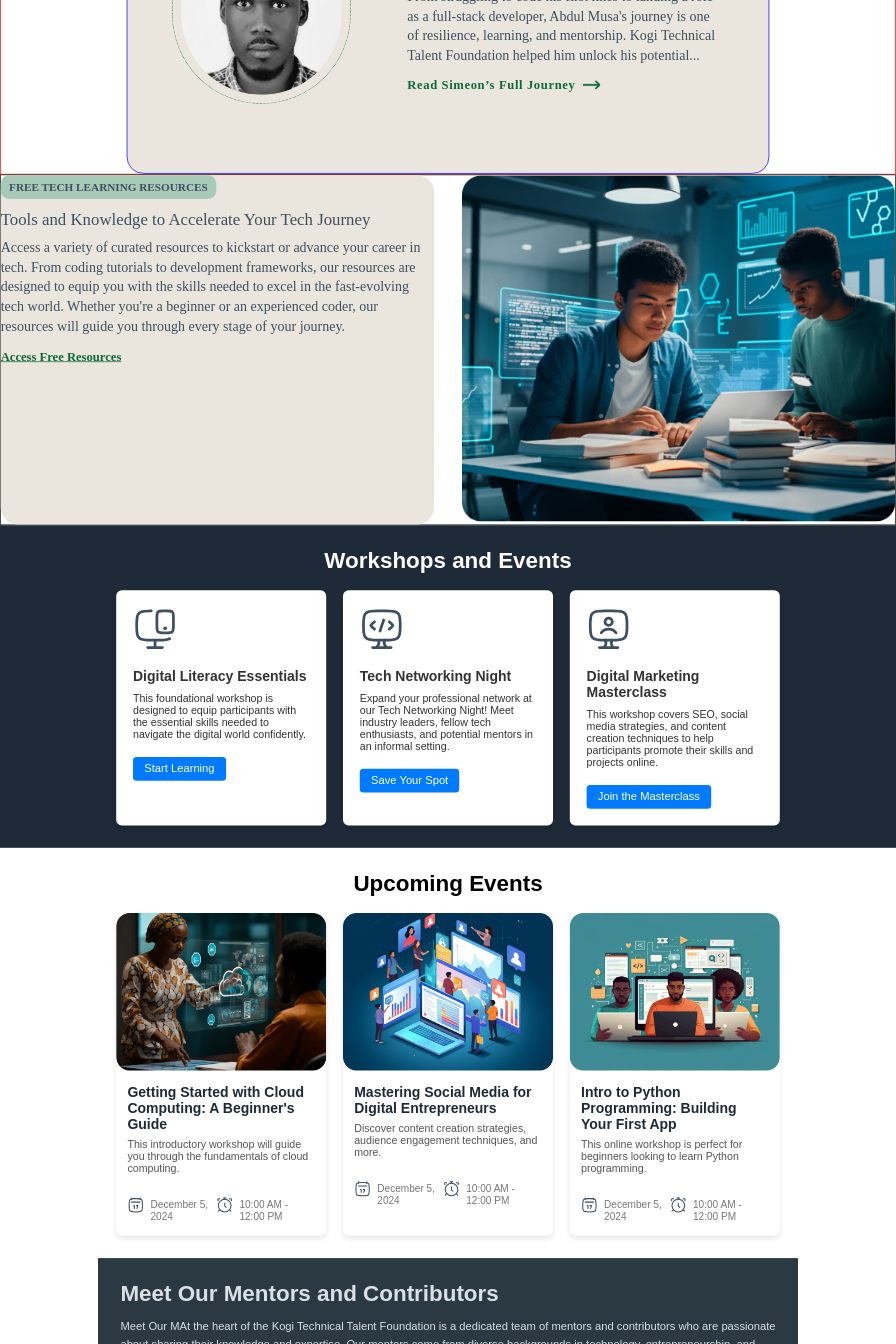
Repository: Cryptim/3MTT-Kogi-Foundation
Page: index.html
An editor plug-in stored every save of this project. The page is shown before and after the next save, followed by the edit.
The browser window is 1280 px wide. The pictures show the part of the page from y = 826 to 2746 px (the page is 7244 px tall before and 7100 px after), at 70% of full size.

Above is the page before, as saved 2024-11-15 02:27:47.

### index.html
<!DOCTYPE html>
<html lang="en">
  <head>
    <meta charset="UTF-8" />
    <meta name="viewport" content="width=device-width, initial-scale=1.0" />
    <title>Three Million Technical Talent Foundation</title>
    <link rel="stylesheet" href="stlyes/style.css" />
  </head>
  <body>
    <header class="header">
      <div class="logo">
        <img src="assets/images/logo.png" alt="Foundation Logo" />
      </div>
      <nav class="nav">
        <a href="#">Workshops & Events</a>
        <a href="#">Resources/Pathways</a>
        <a href="#">Volunteer</a>
        <a href="#">Contact Us</a>
      </nav>
      <div class="donate-button">
        <button>Donate</button>
      </div>
    </header>
    <!-- Hero sections -->
    <div class="padding hero-section">
      <div class="text-container">
        <h1>Empowering Kogi's Brightest Minds for a Future in Tech</h1>
        <p>
          Are you ready to lead the future of tech? Kogi Technical Talent
          Foundation offers mentorship and cutting-edge resources to help early
          adopters like you grow and innovate.
        </p>
        <div class="explore-button">
          <button>Explore Free Resources</button>
        </div>
      </div>
      <div class="image-container">
        <img
          src="assets/images/Frame 5.png"
          alt="Team working with technology"
        />
        <div class="tag tag-collaborations">Collaborations</div>
        <div class="tag tag-volunteerism">Volunteerism</div>
        <div class="tag tag-mentorship">Mentorship</div>
        <div class="tag tag-empowerment">Empowerment</div>
        <div class="tag tag-free-resources">Free Resources</div>
        <div class="tag tag-partnership">Partnership</div>
      </div>
    </div>
    <!-- Featured Story Section -->
    <div class="padding featuredStoryContainer">
      <div class="featuredStory"
      >
        <div  class="featuredStoryDottedImageLine"
        >
          <img class="featuredStoryImage"
            src="assets/images/Simeon ocheja 1.png"
            alt="Simenon Ocheja"
          />
        </div>
        <div
          style="width: 589px; display: flex; flex-direction: column; gap: 16px"
        >
          <div class="featuredStoryTextContainer"

          >
            <span class="featuredStoryText"

              >Featured Story from Kogi talent</span
            >
          </div>
          <h2 class="featuredStoryName"
          >
            Simenon Ocheja
          </h2>
          <p class="featuredStoryParagraph"
          >
            From struggling to code his first lines to landing a role as a
            full-stack developer, Abdul Musa's journey is one of resilience,
            learning, and mentorship. Kogi Technical Talent Foundation helped
            him unlock his potential...
          </p>
          <div  class="featuredStoryMore">
            <span class="morefeatured"
              >Read Simeon’s Full Journey</span
            >
        <img src="./assets/images/icons/arrow-right-02.png" alt="arrow-right-02">
            </div>
          </div>
        </div>
      </div>
    </div>
    <!-- Free Tech Learning Resources Section -->
    <div  class="freeTechSection"  style="display: flex; gap: 40px ;border: 1px solid black;">
      <div
        style="flex: 1; padding:; background: #eae6dd; border-radius: 24px"
      >
        <div
          style="
            padding: 8px 12px;
            background: #a7cab7;
            border-radius: 12px;
            display: inline-block;
          "
        >
          <span
            style="
              color: #3d4f60;
              font-size: 16px;
              font-family: Cascadia Code;
              font-weight: 600;
              text-transform: uppercase;
            "
            >Free Tech Learning Resources</span
          >
        </div>
        <h3
          style="
            color: #3d4f60;
            font-size: 24px;
            font-family: Cascadia Code;
            font-weight: 400;
            margin-top: 16px;
          "
        >
          Tools and Knowledge to Accelerate Your Tech Journey
        </h3>
        <p
          style="
            color: #3d4f60;
            font-size: 20px;
            font-family: Cascadia Code;
            font-weight: 300;
            line-height: 1.4;
            margin-top: 12px;
          "
        >
          Access a variety of curated resources to kickstart or advance your
          career in tech. From coding tutorials to development frameworks, our
          resources are designed to equip you with the skills needed to excel in
          the fast-evolving tech world. Whether you're a beginner or an
          experienced coder, our resources will guide you through every stage of
          your journey.
        </p>
        <a
          href="#"
          style="
            color: #0c6a38;
            font-size: 18px;
            font-family: Cascadia Code;
            font-weight: 700;
            display: inline-block;
            margin-top: 20px;
          "
          >Access Free Resources</a
        >
      </div>
      <div style="flex: 1">
        <img
          style="width: 100%; border-radius: 24px"
          src="assets/images/Resources image 1.png"
          alt="Tech Journey"
        />
      </div>
    </div>
    <!-- workshop section -->
    <section class="workshops-section">
      <h2>Workshops and Events</h2>
      <div class="workshops-container">
        <div class="workshop-card">
          <div class="icon">
            <img
              src="assets/images/computer-phone-sync.svg"
              alt="Digital Literacy Icon"
            />
          </div>
          <h3>Digital Literacy Essentials</h3>
          <p>
            This foundational workshop is designed to equip participants with
            the essential skills needed to navigate the digital world
            confidently.
          </p>
          <button>Start Learning</button>
        </div>
        <div class="workshop-card">
          <div class="icon">
            <img
              src="assets/images/computer-programming-01.svg"
              alt="Networking Icon"
            />
          </div>
          <h3>Tech Networking Night</h3>
          <p>
            Expand your professional network at our Tech Networking Night! Meet
            industry leaders, fellow tech enthusiasts, and potential mentors in
            an informal setting.
          </p>
          <button>Save Your Spot</button>
        </div>
        <div class="workshop-card">
          <div class="icon">
            <img
              src="assets/images/computer-video-call.svg"
              alt="Marketing Icon"
            />
          </div>
          <h3>Digital Marketing Masterclass</h3>
          <p>
            This workshop covers SEO, social media strategies, and content
            creation techniques to help participants promote their skills and
            projects online.
          </p>
          <button>Join the Masterclass</button>
        </div>
      </div>
    </section>
    <!--  Event section-->
    <section class="events-section">
      <h2>Upcoming Events</h2>
      <div class="events-container">
        <div class="event-card">
          <img
            src="assets/images/cloud-african 1.png"
            alt="Cloud Computing Workshop"
          />
          <h3>Getting Started with Cloud Computing: A Beginner's Guide</h3>
          <p>
            This introductory workshop will guide you through the fundamentals
            of cloud computing.
          </p>
          <div class="event-info">
            <span class="event-date"
              ><img
                src="assets/images/calendar-01.svg"
                alt="Calendar Icon"
                class="icon"
              />
              December 5, 2024</span
            >
            <span class="event-time"
              ><img
                src="assets/images/alarm-clock.svg"
                alt="Clock Icon"
                class="icon"
              />
              10:00 AM - 12:00 PM</span
            >
          </div>
        </div>
        <div class="event-card">
          <img
            src="assets/images/digital marketing.png"
            alt="Social Media for Entrepreneurs"
          />
          <h3>Mastering Social Media for Digital Entrepreneurs</h3>
          <p>
            Discover content creation strategies, audience engagement
            techniques, and more.
          </p>
          <div class="event-info">
            <span class="event-date"
              ><img
                src="assets/images/calendar-01.svg"
                alt="Calendar Icon"
                class="icon"
              />
              December 5, 2024</span
            >
            <span class="event-time"
              ><img
                src="assets/images/alarm-clock.svg"
                alt="Clock Icon"
                class="icon"
              />
              10:00 AM - 12:00 PM</span
            >
          </div>
        </div>
        <div class="event-card">
          <img
            src="assets/images/python.png"
            alt="Python Programming Workshop"
          />
          <h3>Intro to Python Programming: Building Your First App</h3>
          <p>
            This online workshop is perfect for beginners looking to learn
            Python programming.
          </p>
          <div class="event-info">
            <span class="event-date"
              ><img
                src="assets/images/calendar-01.svg"
                alt="Calendar Icon"
                class="icon"
              />
              December 5, 2024</span
            >
            <span class="event-time"
              ><img
                src="assets/images/alarm-clock.svg"
                alt="Clock Icon"
                class="icon"
              />
              10:00 AM - 12:00 PM</span
            >
          </div>
        </div>
      </div>
    </section>
    <!-- Mentor section -->
    <section class="mentors-section">
      <h2>Meet Our Mentors and Contributors</h2>
      <p>
        Meet Our MAt the heart of the Kogi Technical Talent Foundation is a
        dedicated team of mentors and contributors who are passionate about
        sharing their knowledge and expertise. Our mentors come from diverse
        backgrounds in technology, entrepreneurship, and innovation, providing
        invaluable guidance to help you navigate your career journey. Whether
        you're looking to enhance your coding skills, explore new fields like
        digital marketing, or get advice on launching your own tech startup, our
        mentors are here to support you.
      </p>
      <a href="#" class="explore-link">Explore Our Mentor’s Profile →</a>
      <div class="mentors-container">
        <div class="mentor-card">
          <img src="assets/images/Frame 19.png" alt="Omachoko Arome" />
          <h3>Omachoko Arome</h3>
        </div>
        <div class="mentor-card">
          <img src="assets/images/Frame 20.png" alt="Marian Musa" />
          <h3>Marian Musa</h3>
        </div>
        <div class="mentor-card">
          <img src="assets/images/Frame 21.png" alt="Ismaila Omeiza" />
          <h3>Ismaila Omeiza</h3>
        </div>
        <div class="mentor-card">
          <img src="assets/images/Frame 22.png" alt="Timothy Ignatius" />
          <h3>Timothy Ignatius</h3>
        </div>
      </div>
    </section>
    <!-- Footer -->
    <section>
      <div class="Partners">
        <div class="OurPartners">Our Partners</div>
        <div class="Frame23">
          <div class="NitdaLogo">
            <img
              class="NitdaLogoNewest1RemovebgPreview"
              style="width: 232.86px; height: 113.82px"
              src="https://via.placeholder.com/233x114"
            />
          </div>
          <div class="NitdaLogo">
            <img
              class="MttRemovebgPreview"
              style="width: 232.86px; height: 113.82px"
              src="https://via.placeholder.com/233x114"
            />
          </div>
          <div class="NitdaLogo">
            <img
              class="KogiLogo"
              style="width: 232.86px; height: 113.82px"
              src="https://via.placeholder.com/233x114"
            />
          </div>
          <div class="NitdaLogo">
            <img
              class="MistLogoRemovebgPreview"
              style="width: 232.86px; height: 113.82px"
              src="https://via.placeholder.com/233x114"
            />
          </div>
        </div>
      </div>

      <div class="Footer">
        <div class="Frame24">
          <img class="KogiLogo1" src="https://via.placeholder.com/78x78" />
          <div class="EmpoweringKogiSBrightestMindsForAFutureInTech">
            Empowering Kogi's Brightest Minds for a Future in Tech
          </div>
        </div>

        <div class="NavigataionMenu">
          <div class="Workshops">
            <div class="QuickLinks">Quick Links</div>
          </div>
          <div class="Workshops">
            <div class="WorkshopsEvents">Workshops & Events</div>
          </div>
          <div class="Resources">
            <div class="ResourcesPathways">Resources/Pathways</div>
          </div>
          <div class="Volunteer">
            <div>Volunteer</div>
          </div>
          <div class="ContactUs">
            <div>Contact Us</div>
          </div>
        </div>

        <div class="Frame25">
          <div class="Donate">
            <div>Donate Now</div>
          </div>
          <div class="ContactUs">
            <div class="ConnectWithUs">Connect with Us</div>
          </div>
          <div class="Frame26">
            <div class="Facebook02">
              <div class="Vector"></div>
            </div>
            <div class="NewTwitter">
              <div class="Vector"></div>
            </div>
            <div class="Linkedin02">
              <div class="Vector"></div>
              <div class="Vector"></div>
              <div class="Vector"></div>
            </div>
            <div class="Instagram">
              <div class="Vector"></div>
              <div class="Vector"></div>
              <div class="Vector"></div>
            </div>
          </div>
        </div>
      </div>

      <div class="Frame27">
        <div
          class="AllRightsReserved3mttFellowBiweeklyBuildWithAFellowChallenge2024"
        >
          All rights reserved 3MTT Fellow Biweekly Build With a Fellow Challenge
          ©2024
        </div>
      </div>
    </section>
  </body>
</html>

Loaded but not shown: stlyes/style.css (819 lines, source omitted)

After the next save:
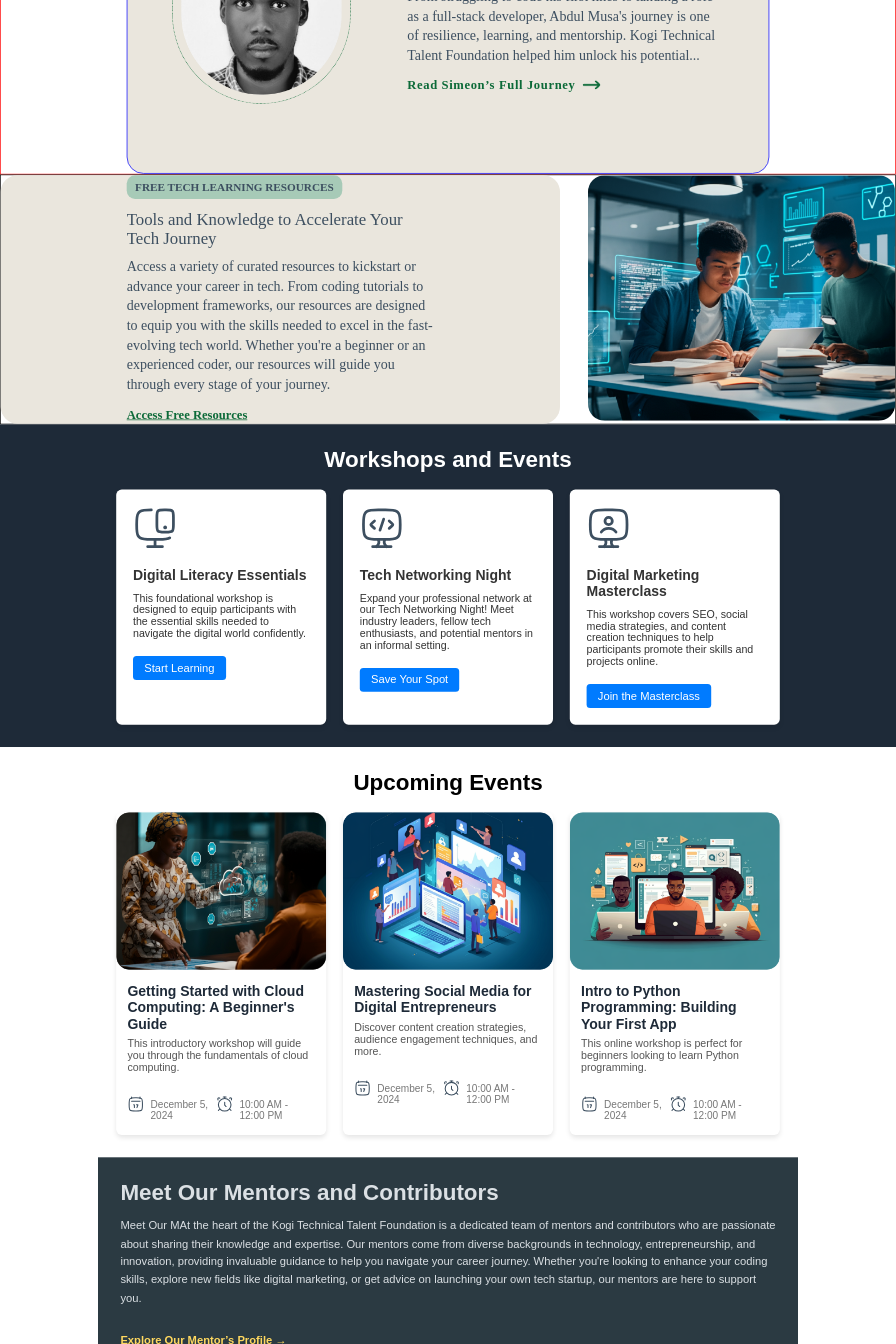
Saved 5 s later.
--- a/index.html
+++ b/index.html
@@ -93,7 +93,7 @@
     <!-- Free Tech Learning Resources Section -->
     <div  class="freeTechSection"  style="display: flex; gap: 40px ;border: 1px solid black;">
       <div
-        style="flex: 1; padding:; background: #eae6dd; border-radius: 24px"
+        style="flex: 1; padding:0 180px; background: #eae6dd; border-radius: 24px"
       >
         <div
           style="
